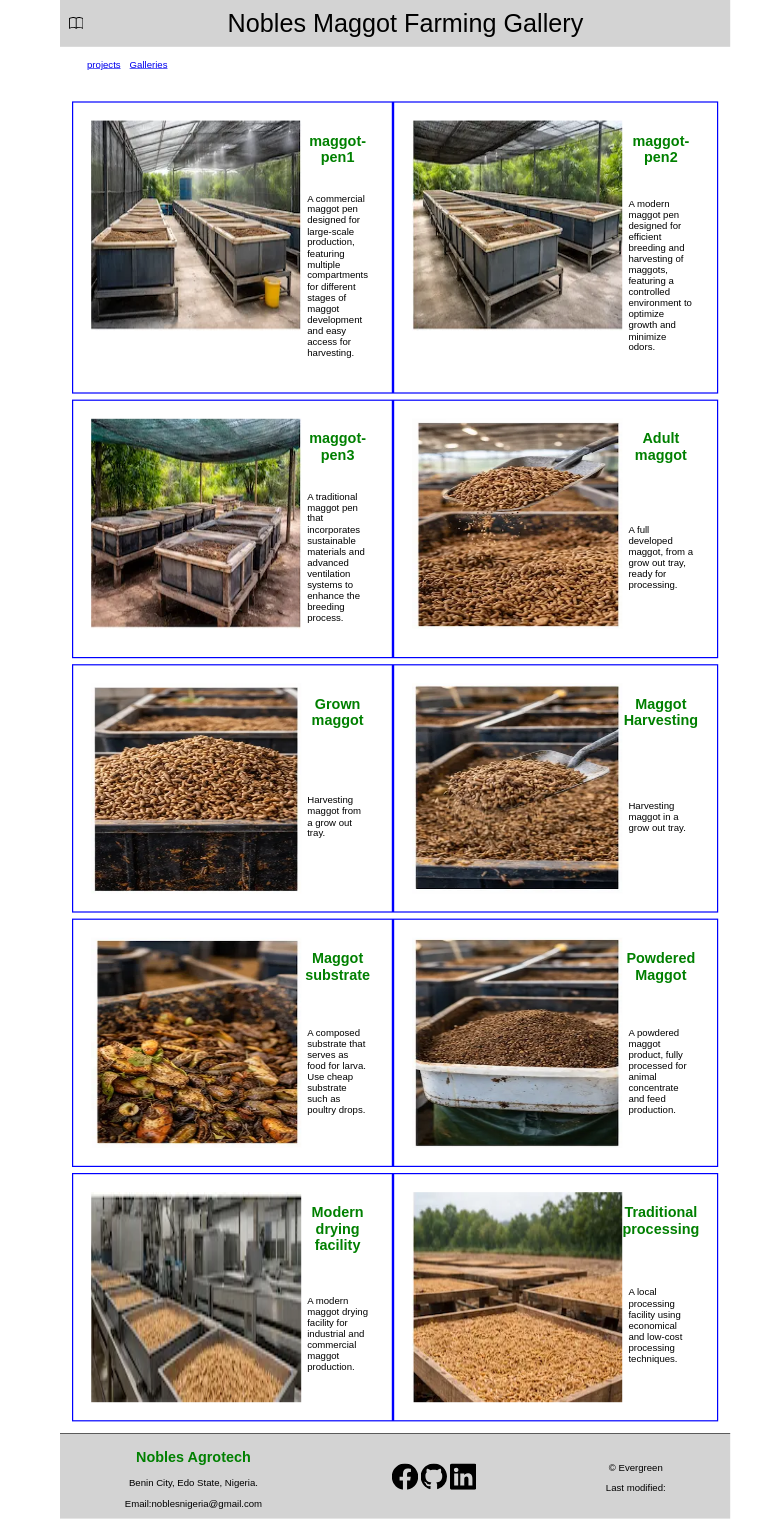
Repository: NoblesNigeria/articles
Page: maggot/farm-galleries.html
An editor plug-in stored every save of this project. The page is shown before and after the next save, followed by the edit.
The browser window is 1280 px wide. The pictures show the whole page, at 60% of full size.

Above is the page before, as saved 2026-02-23 11:42:03.
Console error: TypeError: Cannot read properties of null (reading 'addEventListener')

### maggot/farm-galleries.html
<!DOCTYPE html>
<html lang="en">
<head>
    <meta charset="UTF-8">
    <meta name="viewport" content="width=device-width, initial-scale=1.0">
    <meta name="description" content="This is the business directory page for the Chamber of Commerce, We connect businesses and foster growth in our community.">
    <meta name="author" content="Nwose Anthony">
    <meta property="og:title" content="Evergreen Chamber of Commerce">
    <meta property="og:description" content="Evergreen Chamber of Commerce - Connecting Businesses, Fostering Growth">
    <meta property="og:image" content=" https://noblesnigeria.github.io/wdd231/chamber/images/image.jpg">
    <meta property="og:url" content=" https://noblesnigeria.github.io/chamber/directory.html">
    <link rel="stylesheet" href="styles/normalize.css">
    <link rel="stylesheet" href="styles/final-small.css">
    <link rel="stylesheet" href="styles/final-medium.css">
    <link rel="stylesheet" href="styles/final-large.css">
    <script src="scripts/final.js" defer></script>
    <link rel="icon" href="favicon.ico">
    <title>Nobles Agricultural Technology</title>
    <link rel="preconnect" href="https://fonts.googleapis.com">
    <link rel="preconnect" href="https://fonts.gstatic.com" crossorigin>
    <link href="https://fonts.googleapis.com/css2?family=Roboto:wght@100..900&display=swap" rel="stylesheet">
</head>
<body>
    <header>
        <img src="images/book.svg" alt="Chamber Logo">
        <span>Nobles Maggot Farming Gallery</span>
        <button id="ham-btn" class="hamburger"></button>
    </header>
    <nav id="navigation" class="navigate">
        <ul>
           <li><a href="https://noblesnigeria.github.io/articles/maggot/index.html">projects</a></li>
           <li><a href="https://noblesnigeria.github.io/articles/maggot/farm-galleries.html">Galleries</a></li>
        </ul>
    </nav>
    <main>
        <section id="directory-entries"></section>
    </main>
    <footer>
        <aside class="contact">
            <h2>Nobles Agrotech</h2>
            <p>Benin City, Edo State, Nigeria.</p>
            <p>Email:noblesnigeria@gmail.com</p>
        </aside>
        <aside class="media">
            <a href="https://github.com/NoblesNigeria"><img src="images/facebook.svg" alt="facebook" width="100" height="100"></a>
            <a href="https://github.com/NoblesNigeria"><img src="images/github.svg" alt="Github" width="100" height="100"></a>
            <a href="https://github.com/NoblesNigeria"><img src="images/linkedin.svg" alt="Linkedin" width="100" height="100"></a>
        </aside>
        <aside class="copy-right">
            <p>&copy; <span class="current-year"></span> Evergreen</p>
            <p>Last modified: <span class="lastModified"></span></p>
        </aside>
    </footer>
</body>
</html>

### maggot/styles/final-small.css
body{
    display:grid;
    grid-template-columns: auto;
    font-family: Arial, sans-serif;
    padding: 0;
    align-items: center;
}
#card{
    background-color: gray;
}
#clear{
    background-color: lightblue;
}
.profitability{
    background-color: lightgray;
}
h2{
    color:green;
    text-align: center;
}
h3{
    color:skyblue;
}
header{
    display:grid;
    grid-template-columns: 24px auto 44px;
    gap:10px;
    align-items:center;
    background-color: lightgrey;
    text-align: center;
}
header img{
    width:100%;
}
h1{
    color: blue;
    text-align: center;
}
.hamburger{
    border:none;
    cursor:pointer;
    font-size: 32px;
}
.hamburger::before{
    content: "\2630";
    font-size: 32px;
}
.hamburger.show::before{
    content: "\2715";
}
.navigate{
    display:none;
}
.navigate.show{
    display:block;
}
nav ul{
    list-style-type: none;
    display:block;
}
nav a:hover{
    color: purple;
}
.dove{
    color: red;
}
.jump{
    color: green;
}
main{
    padding: 20px;
}
#directory-entries section{
    display: grid;
    grid-template-columns: 1fr;
    grid-template-areas:
    "image"
    "name"
    "description"
    ;
    border: 2px solid blue;
    padding: 30px;
    margin-top: 10px;
}
#directory-entries img{
    grid-area: image;
    width: 350px;
    height: 250px;
}
#directory-entries h2{
    grid-area: name;
}
#directory-entries p{
    grid-area: description;
}
.profitability,th, td {
    border: 2px  solid black;
    padding: 10px;
}
.nutrient{
    border-collapse: collapse;
}
.profitability{
    border-collapse: collapse;
}
#register{
    padding: 10px;
    display:grid;
    background-color: gray;
}
label input{
    display:flex;
    padding: 5px;
}
button:hover{
    background-color: green;
}
#notification{
    padding: 5px;;
    width: 80px;
    margin-top: 5px;
}
#address{
    color: green;
}
footer{
    border-top: 1px solid black;
    padding-top: 5px;
    text-align: center;
    background-color: lightgrey;
}

.media img{
    width:44px;
    height:44px;
}

### maggot/styles/final-medium.css
@media only screen and (min-width: 38rem){
    #directory-entries section{
        display: grid;
        grid-template-columns: 1fr;
        grid-template-areas:
        "image name"
        "image description"
        ;
        border: 2px solid blue;
        padding: 30px;
        margin-top: 10px;
    }
    #directory-entries img{
        width: 350px;
        height: 350px;
    }
    #register{
        width: 400px;
        margin-left: 250px;
    }

}

### maggot/styles/final-large.css
@media only screen and (min-width: 50rem) {
    body{
        width: 1050px;
        margin-left: 100px;
    }
    header{
        grid-template-columns: 24px auto;
        font-size: 42px;
        padding: 15px;
    }
    #navigation{
        display:block;
        padding: 5px;
    }
    .hamburger{
        display:none;
    }
    .navigate ul{
        display:flex;
        flex-direction: row;
        gap: 15px;
    }
    footer{
        display: grid;
        grid-template-columns: auto auto auto;
        align-items: center;
    }
    .contact{
        grid-column: 1;
    }
    .media{
        grid-column: 2;
        justify-content: center;
    }
    .copy-right{
        grid-column: 3;
    }
    #directory-entries{
        display: grid;
        grid-template-columns: 1fr 1fr;
    }
    #directory-entries p{
        padding: 10px;
    }
}

### maggot/scripts/final.js

const details = './data/final.json';
const cards = document.querySelector('#directory-entries');

let allGallery = [];

// Wait for DOM to load
document.addEventListener('DOMContentLoaded', () => {
    getDetails();
});

// Fetch data
async function getDetails() {
    try {
        const response = await fetch(details);

        // Check if request was successful
        if (!response.ok) {
            throw new Error(`HTTP error! Status: ${response.status}`);
        }

        const data = await response.json();

        // Make sure gallery exists
        if (!data.gallery || !Array.isArray(data.gallery)) {
            throw new Error('Invalid JSON format: "gallery" not found');
        }

        allGallery = data.gallery;

        displayDetails(allGallery);

    } catch (error) {
        console.error('Error loading gallery:', error);
        cards.innerHTML = '<p>Failed to load gallery data.</p>';
    }
}

// Display members
function displayDetails(gallery) {
    cards.innerHTML = ''; // Clear cards

    gallery.forEach(member => {
        const card = document.createElement('section');
        card.classList.add('member-card');

        const h2 = document.createElement('h2');
        h2.textContent = member.name || 'No Name';

        const img = document.createElement('img');
        img.src = member.image || 'images/placeholder.jpg';
        img.alt = member.name || 'Gallery image';
        img.loading = 'lazy';

        const description = document.createElement('p');
        description.textContent = member.description

        card.append(h2, img, description);
        cards.appendChild(card);
    });
}

const ham = document.querySelector('#ham-btn');
const nav = document.querySelector('#navigation');
ham.addEventListener('click', () => {
    nav.classList.toggle('show');
    ham.classList.toggle('show');
});



const notify= document.getElementById('notification');
const inform= document.getElementById('info');
const signUp= document.getElementById('sign-up');

notify.addEventListener("click", () => {
    inform.showModal();
});

signUp.addEventListener("click", () => {
    inform.close();
});

### maggot/data/final.json
{
  "gallery": [
    {
      "name": "maggot-pen1",
      "description": "A commercial maggot pen designed for large-scale production, featuring multiple compartments for different stages of maggot development and easy access for harvesting.",
      "image": "images/modern-maggot-pen1.webp"
    },
    {
      "name": "maggot-pen2",
      "description": "A modern maggot pen designed for efficient breeding and harvesting of maggots, featuring a controlled environment to optimize growth and minimize odors.",
      "image": "images/modern-maggot-pen2.webp"
    },
    {
      "name": "maggot-pen3",
      "description": "A traditional maggot pen that incorporates sustainable materials and advanced ventilation systems to enhance the breeding process.",
      "image": "images/maggot-pen3.webp"
    },
    {
      "name": "Adult maggot",
      "description": "A full developed maggot, from a grow out tray, ready for processing.",
      "image": "images/maggot1.webp"
    },
    {
      "name": "Grown maggot",
      "description": "Harvesting maggot from a grow out tray.",
      "image": "images/maggot2.webp"
    },
    {
      "name": "Maggot Harvesting",
      "description": "Harvesting maggot in a grow out tray.",
      "image": "images/maggot8.webp"
    },
    {
      "name": "Maggot substrate",
      "description": "A composed substrate that serves as food for larva. Use cheap substrate such as poultry drops.",
      "image": "images/maggot7.webp"
    },
    {
      "name": "Powdered Maggot",
      "description": "A powdered maggot product, fully processed for animal concentrate and feed production.",
      "image": "images/maggot5.webp"
    },
    {
      "name": "Modern drying facility",
      "description": "A modern maggot drying facility for industrial and commercial maggot production.",
      "image": "images/maggot-modern-processing.webp"
    },
    {
      "name": "Traditional processing",
      "description": "A local processing facility using economical and low-cost processing techniques.",
      "image": "images/maggot-local-processing2.webp"
    }
  ]
}

Loaded but not shown: maggot/styles/normalize.css (library)

After the next save:
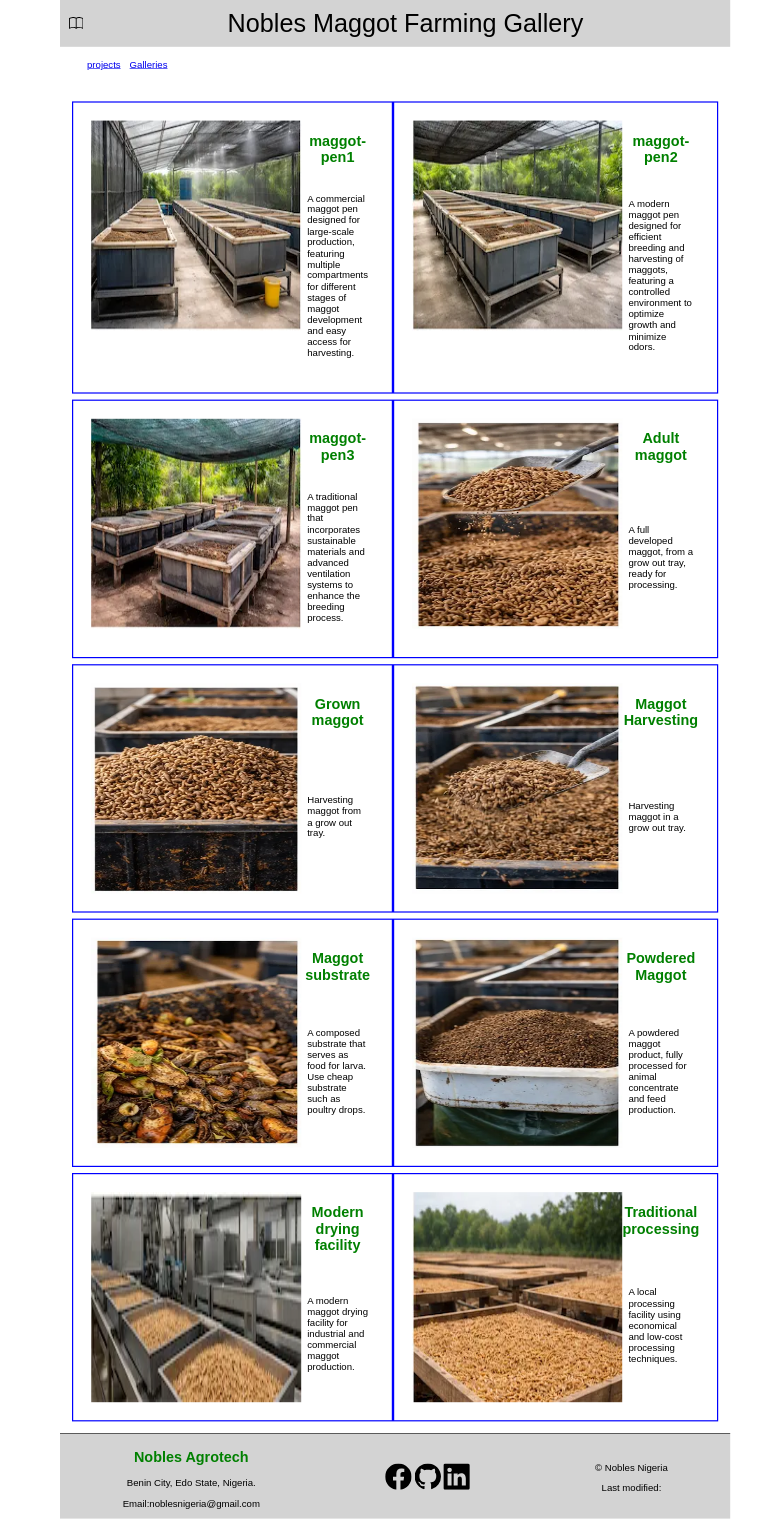
Saved 5 s later.
--- a/maggot/farm-galleries.html
+++ b/maggot/farm-galleries.html
@@ -47,7 +47,7 @@
             <a href="https://github.com/NoblesNigeria"><img src="images/linkedin.svg" alt="Linkedin" width="100" height="100"></a>
         </aside>
         <aside class="copy-right">
-            <p>&copy; <span class="current-year"></span> Evergreen</p>
+            <p>&copy; <span class="current-year"></span> Nobles Nigeria</p>
             <p>Last modified: <span class="lastModified"></span></p>
         </aside>
     </footer>
